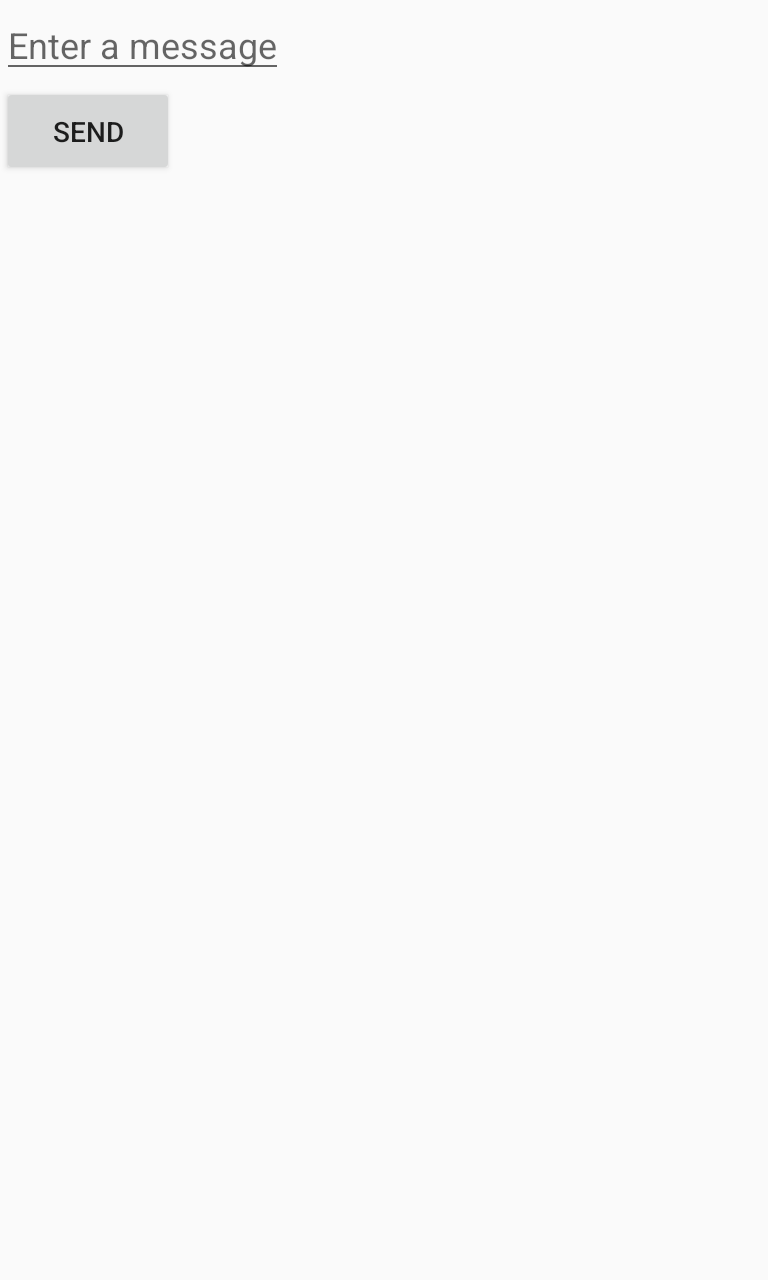
Repository: yuanpeixin/Project
Layout: HangOut/res/layout/activity_main.xml
These files come from the project's save history. The layout is drawn as it stood at one moment and after the next save; the edit follows.
It is drawn on a 768 x 1280 px phone screen (xhdpi) without system bars, with theme AppTheme; the app's code is not run.

Above is the layout before, as saved 2015-07-12 18:45:51.

After the next save:
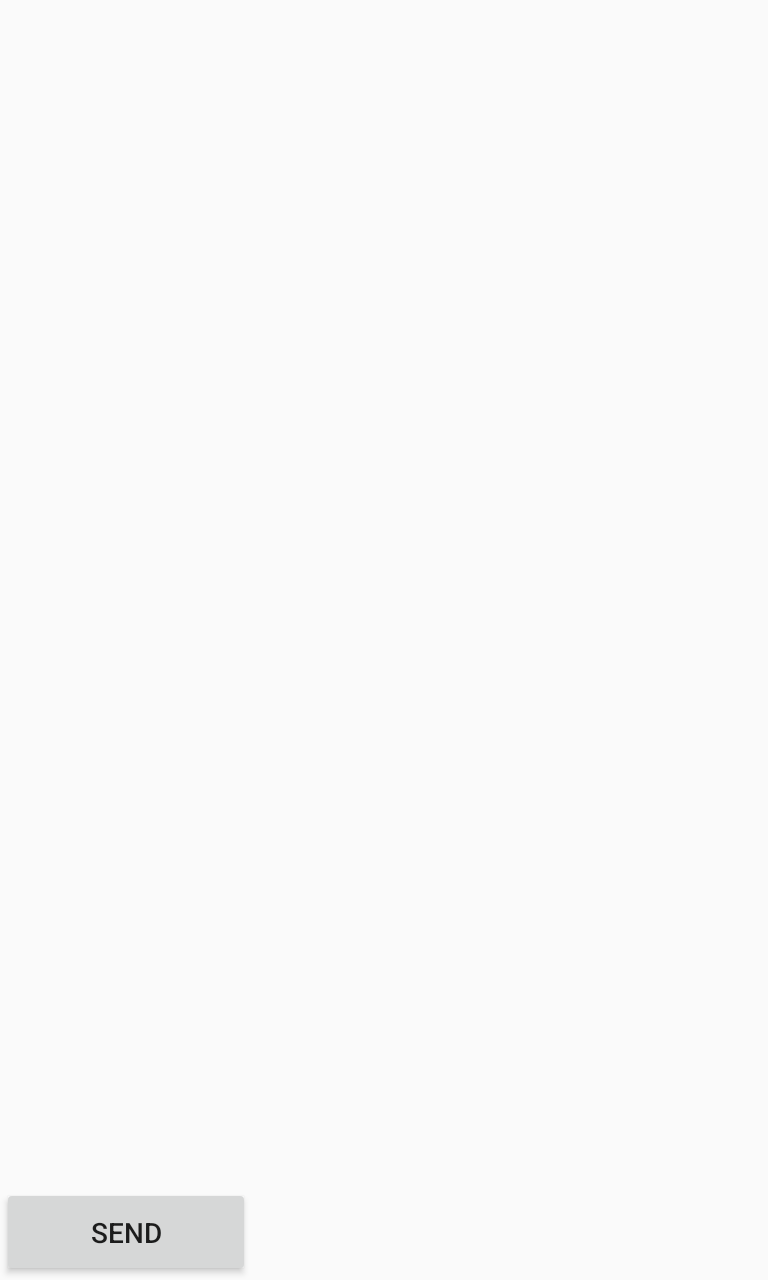
Saved 4 min 41 s later.
--- a/HangOut/res/layout/activity_main.xml
+++ b/HangOut/res/layout/activity_main.xml
@@ -2,16 +2,18 @@
     xmlns:tools="http://schemas.android.com/tools"
     android:layout_width="match_parent"
     android:layout_height="match_parent"
-  	android:orientation="vertical">
+    android:orientation="vertical" >
 
-    <EditText android:id="@+id/edit_message"
-    android:layout_width="wrap_content"
-    android:layout_height="wrap_content"
-    android:hint="@string/edit_message" />
+    <EditText
+        android:id="@+id/edit_message"
+        android:layout_width="0dp"
+        android:layout_weight="1"
+        android:layout_height="wrap_content"
+        android:hint="@string/edit_message" />
 
     <Button
         android:id="@+id/button1"
-        android:layout_width="wrap_content"
+        android:layout_width="126dp"
         android:layout_height="wrap_content"
         android:text="@string/button_send" />
 
